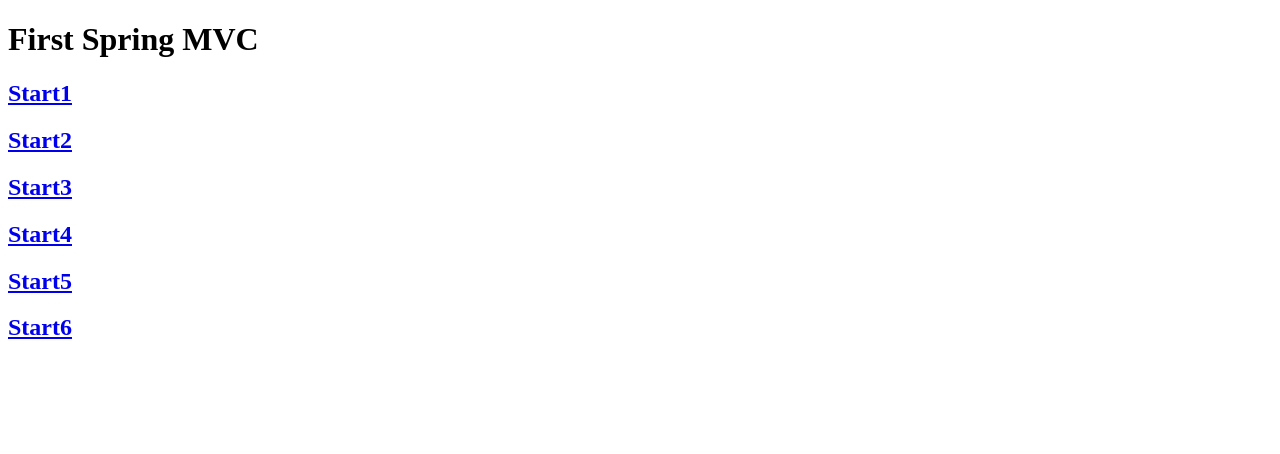
Repository: Developer120000/spring_mvc_study
Page: http://localhost/spring_mvc02/
The author's editor kept a copy of each file at every save. The page is drawn from the files as they stood at one save, then again after the next save.
The browser window is 1280 px wide. The pictures show the whole page.
The page is served by Tomcat 9.

Above is the page before, as saved 2024-03-19 02:38:33.

After the next save:
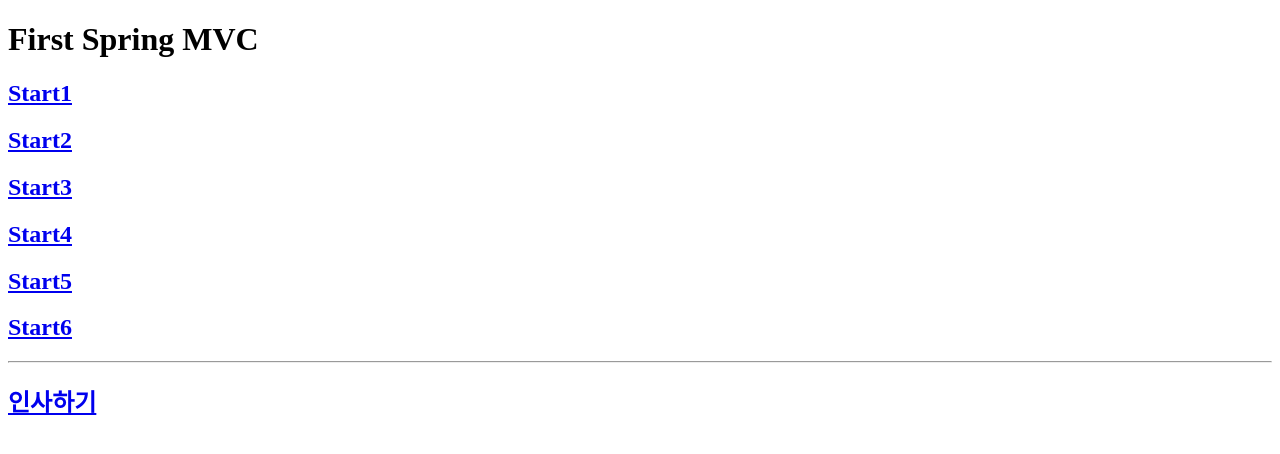
Saved 52 s later.
--- a/spring_mvc02/src/main/webapp/WEB-INF/views/index.jsp
+++ b/spring_mvc02/src/main/webapp/WEB-INF/views/index.jsp
@@ -15,5 +15,7 @@
 	<h2><a href="start4.do">Start4</a></h2>
 	<h2><a href="start5.do">Start5</a></h2>
 	<h2><a href="start6.do">Start6</a></h2>
+	<hr>
+	<h2><a href="hello.do">인사하기</a></h2>
 </body>
 </html>
